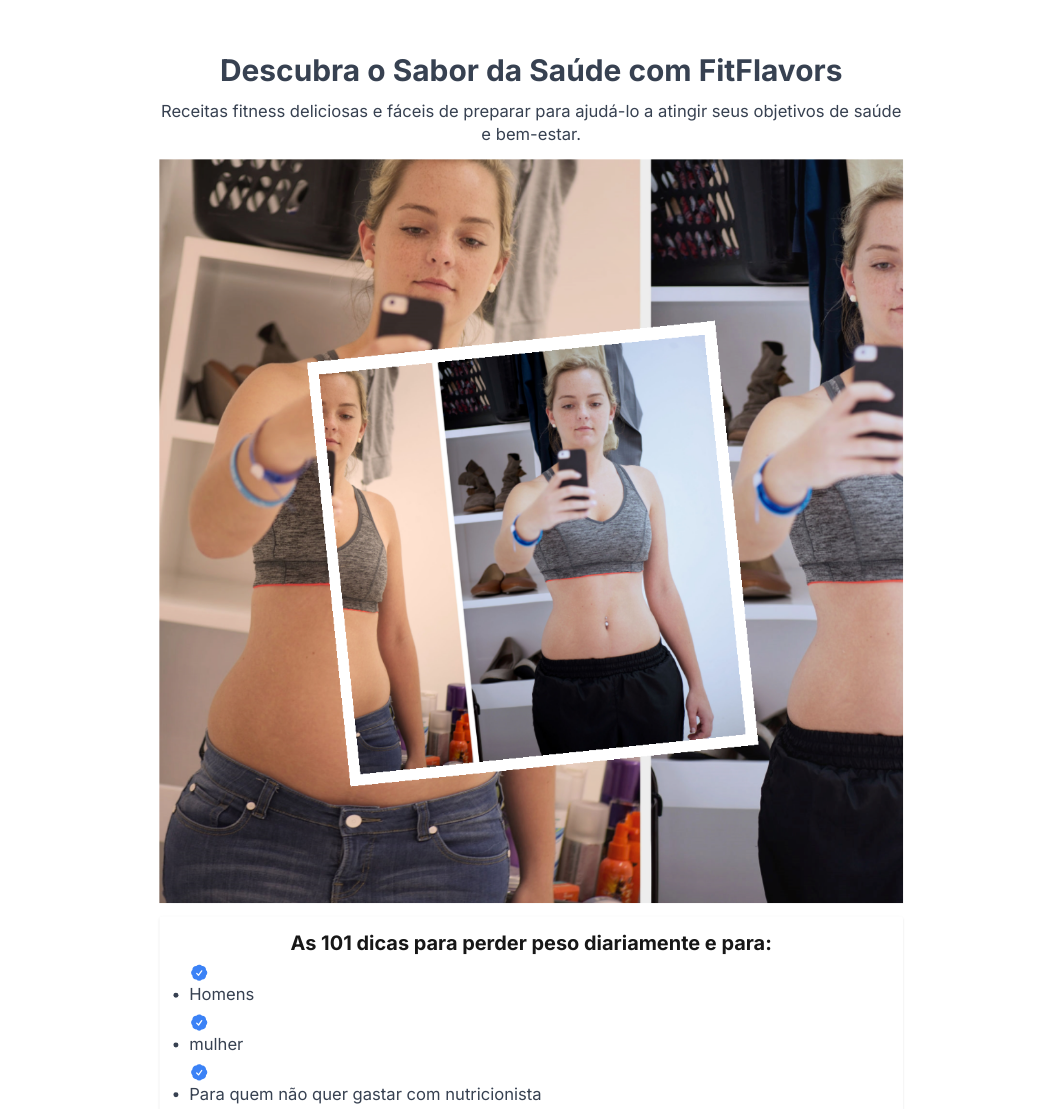
Repository: apreczewski/produtosdigitais
Page: /
An editor plug-in stored every save of this project. The page is shown before and after the next save, followed by the edit.
The browser window is 1280 px wide. The pictures show the part of the page from y = 0 to 1336 px (the page is 3716 px tall before and 3620 px after), at 83% of full size.
Pictures or frames that could not be fetched are drawn as grey boxes. The project was rebuilt for these pictures with package versions that can differ from the ones it lists, and the page was loaded fresh each time. The framework's server and built-in components were replaced by stand-ins that run in the browser. Also part of the build but not shown: next.config.js, webpack.config.js.

Above is the page before, as saved 2023-07-27 18:28:26.

### src/app/layout.tsx
import './globals.css'

import { Inter } from 'next/font/google'

const inter = Inter({ subsets: ['latin'] })

export const metadata = {
  title: 'Create Next App',
  description: 'Generated by create next app',
}

export default function RootLayout({
  children,
}: {
  children: React.ReactNode
}) {
  return (
    <html lang="en">
      <body className={inter.className}>
        {children}
      </body>
    </html>
  )
}

### src/app/page.tsx
import { ReceitasFitness } from "@/app/receitasfitness";

export default function Home() {
  return <ReceitasFitness />
}

### src/app/globals.css
@tailwind base;
@tailwind components;
@tailwind utilities;

:root {
  --foreground-rgb: 0, 0, 0;
  --background-start-rgb: #9DCAB4
  --background-end-rgb: #9DCAB4
}

@media (prefers-color-scheme: dark) {
  :root {
    --foreground-rgb: 255, 255, 255;
    --background-start-rgb: #9DCAB4
    --background-end-rgb: #9DCAB4
  }
}

body {
  color: rgb(var(--foreground-rgb));
  background: linear-gradient(
      to bottom,
      transparent,
      rgb(var(--background-end-rgb))
    )
    rgb(var(--background-start-rgb));
}

main {
  margin: 0 12rem;
}

 /* Estilizando a barra de rolagem */
 ::-webkit-scrollbar {
  width: 5px;
}

/* Estilizando o "thumb" ou a parte móvel da barra de rolagem */
::-webkit-scrollbar-thumb {
  background: #888;
  border-radius: 2px;
}

/* Adicionando hover ao "thumb" */
::-webkit-scrollbar-thumb:hover {
  background: #555;
}

### src/app/receitasfitness/index.tsx
import Head from 'next/head'
import { Header } from '@components/Header'
import { Footer } from '@components/Footer'
import { Section01 } from '@/app/receitasfitness/Section01'
import { Section02 } from '@/app/receitasfitness/Section02'
import { Section03 } from '@/app/receitasfitness/Section03'
import { Section04 } from '@/app/receitasfitness/Section04'
import { Section05 } from '@/app/receitasfitness/Section05'
import { Section06 } from '@/app/receitasfitness/Section06'
import { Section07 } from '@/app/receitasfitness/Section07'
import { Section08 } from '@/app/receitasfitness/Section08'
import { Section09 } from '@/app/receitasfitness/Section09'


export const ReceitasFitness = () => {
  return (
    <div className="flex flex-col items-center justify-center min-h-screen">
      {/* <Header /> */}
      <main className="grid gap-4 flex-col items-center justify-center flex-1 text-center mt-16">
        <Section01 />
        <Section02 />
        <Section03 />
        <Section04 />
        <Section05 />
        <Section06 />
        <Section07 />
        <Section08 />
        <Section09 />
      </main>
      <Footer />
    </div>
  )
}

### src/app/components/Footer/index.tsx
import React from "react";

export const Footer = () => {
  return (
    <div className="bg-gray-800 text-white py-8 w-full">
      <div className="container mx-auto px-4 text-center">
        <h2 className="text-2xl mb-4">Entre em contato</h2>
        <p className="mb-4">Email: info@seusite.com</p>
        <div className="flex justify-center space-x-4">
          <a
            href="/privacy-policy"
            className="text-blue-300 hover:text-blue-100"
          >
            Política de Privacidade
          </a>
          <a
            href="/terms-of-service"
            className="text-blue-300 hover:text-blue-100"
          >
            Termos de Serviço
          </a>
        </div>
      </div>
    </div>
  );
};

### src/app/receitasfitness/Section01/index.tsx
export const Section01 = () => {
  return (
    <div className="text-center rounded">
      <h1 className="text-4xl font-bold mb-4  text-gray-700">
        Descubra o Sabor da Saúde com FitFlavors
      </h1>
      <p className="text-xl text-gray-700">
        Receitas fitness deliciosas e fáceis de preparar para ajudá-lo a atingir
        seus objetivos de saúde e bem-estar.
      </p>
    </div>
  );
};

### src/app/receitasfitness/Section02/index.tsx
import Image from 'next/image';
import banner from '@assets/images/section02.png'

export const Section02 = () => {
  return (
    <div className="flex justify-center items-center w-full">
      <div className="w-full">
        <Image
          className="w-screen"
          src={banner}
          alt="Transformação surpreendente com FitFlavors! Veja o progresso real alcançado com nossas receitas fitness." // Substitua isso por uma descrição da imagem
          layout="responsive"
          width={500}
          height={300}
        />
      </div>
    </div>
  );
}

### src/app/receitasfitness/Section03/index.tsx
import React from "react";
import { CheckBadgeIcon } from "@heroicons/react/24/solid";



export const Section03 = () => {
  const features = [
    {
      icon: CheckBadgeIcon,
      text: "Homens",
    },
    {
      icon: CheckBadgeIcon,
      text: "mulher",
    },
    {
      icon: CheckBadgeIcon,
      text: "Para quem não quer gastar com nutricionista",
    },
    {
      icon: CheckBadgeIcon,
      text: "Para quem não pode continuar com o personal training",
    },

    ,
    ,

  ]

  return (
    <div className="p-4 bg-white shadow rounded w-full">
      <h2 className="text-2xl text-neutral-900 font-bold mb-2">
        As 101 dicas para perder peso diariamente e para:
      </h2>
      <ul className="list-disc pl-5 justify-start ">
        {features.map((item, index) => (
          <li key={index} className="mb-2 text-gray-700 text-xl text-left">
            <CheckBadgeIcon className="h-6 w-6 text-blue-500" /> {item?.text}
          </li>
        ))}
      </ul>
    </div>
  );
};

### src/app/receitasfitness/Section04/index.tsx
"use client";

import React, { useEffect, useState } from "react";
import Image from "next/image";
import { Dot, Dots } from "./styles";
// import ImageTest from './image.svg';

export const Section04 = () => {
  const images = [
    "https://images.pexels.com/photos/414612/pexels-photo-414612.jpeg",
    "https://images.pexels.com/photos/459225/pexels-photo-459225.jpeg",
    "https://images.pexels.com/photos/459225/pexels-photo-459225.jpeg",
    "https://images.pexels.com/photos/459225/pexels-photo-459225.jpeg",
  ];

  const [currentImageIndex, setCurrentImageIndex] = useState(0);

  const prev = () => {
    setCurrentImageIndex(
      (currentImageIndex - 1 + images.length) % images.length
    );
  };
  const next = () => {
    setCurrentImageIndex((currentImageIndex + 1) % images.length);
  };

  useEffect(() => {
    const interval = setInterval(() => {
      setCurrentImageIndex((currentImageIndex + 1) % images.length);
    }, 2000);

    return () => clearInterval(interval);
  }, [currentImageIndex, images.length]);

  return (
    <div className="relative w-full h-[500px] rounded overflow-hidden">
      <Image
        className="object-cover"
        src={images[currentImageIndex]}
        layout="fill"
        objectFit="cover"
        alt=""
      />
      <Dots>
        {images.map((index) => {
          return <Dot key={index}/>
        })}
      </Dots>
      {/* <ImageTest /> */}
    </div>
  );
};

### src/app/receitasfitness/Section05/index.tsx
import React from "react";

export const Section05 = () => {
  return (
    <div className="bg-blue-500 text-white p-8 rounded-lg shadow-lg">
      <h2 className="text-3xl font-bold mb-6">
        Como funciona o Pacote Premium Artes Gospel?
      </h2>
      <ol className="list-decimal list-inside space-y-4 text-lg">
        <li>
          <strong className="text-white">1º Passo:</strong> Escolha o modelo de
          arte que mais lhe interessar (São mais de 450 modelos com os mais
          diversos temas)
        </li>
        <li>
          <strong className="text-white">2º Passo:</strong> Altere a arte com as
          informações que você deseja com poucos cliques (Utilize as aulas para
          aprender como alterar)
        </li>
        <li>
          <strong className="text-white">3º Passo:</strong> Finalize sua arte e
          comece a divulgação para sua igreja ou ministério em poucos minutos e
          sem precisar investir alto para isso
        </li>
      </ol>
    </div>
  );
};

### src/app/receitasfitness/Section06/index.tsx
import React from "react";

export const Section06 = () => {
  return (
    <div className="bg-blue-500 text-white p-8 rounded-lg shadow-lg">
      <h2 className="text-3xl font-bold mb-6">
        Além de tudo isso, ao se inscrever HOJE, você receberá 2 BÔNUS
        EXCLUSIVOS
      </h2>
      <h3 className="text-2xl mb-4">Bônus 1</h3>
      <p className="mb-4">
        Transforme seu corpo em uma máquina de queimar gordura
      </p>
      <p className="mb-4">
        Conselhos dos melhores exercícios e queimadores de gordura.
      </p>
      <h3 className="text-2xl mb-4">SUPER BÔNUS:</h3>
      <p className="mb-4">Bônus SURPRESA</p>
      <p className="mb-4">Ao adquirir HOJE, você garante um bônus surpresa!</p>
      <p className="text-2xl mb-4">De R$ 20.90</p>
      <p className="text-2xl mb-4">Por R$ 10.90</p>
      <button className="bg-white text-blue-500 px-8 py-3 rounded-full font-semibold transition duration-200 ease-in-out transform hover:scale-105">
        QUERO APROVEITAR ESTA OFERTA
      </button>
      <p className="mt-4">
        ATENÇÃO: As vagas com este valor são LIMITADAS e assim que se
        encerrarem, 101 Dicas para Perder Peso voltará ao seu preço normal de R$
        20.90
      </p>
    </div>
  );
};

### src/app/receitasfitness/Section07/index.tsx
import React from "react";
import Image from "next/image";

export const Section07 = () => {
  return (
    <div className="flex items-center bg-yellow-500 text-white p-8 rounded-lg shadow-lg">
      <div className="w-1/3">
        <Image
          src="https://via.placeholder.com/150"
          alt="Garantia"
          width={150}
          height={150}
        />
      </div>
      <div className="w-2/3 pl-8">
        <h2 className="text-3xl font-bold mb-4">GARANTIA DE 7 DIAS!</h2>
        <p className="text-lg">
          Temos absoluta certeza de que o 101 DICAS PARA PERDER PESO DIARIAMENTE
          será muito efetivo para o seu processo de EMAGRECIMENTO, mas se em até
          7 dias após a compra você não estiver satisfeito com o produto por
          qualquer motivo, devolvemos todo o seu dinheiro!
        </p>
      </div>
    </div>
  );
};

### src/app/receitasfitness/Section08/index.tsx
"use client"

import React, { useState } from "react";

export const Section08 = () => {
  const [activeIndex, setActiveIndex] = useState(-1);

  const questions = [
    {
      question: 'Como recebo acesso ao curso?',
      answer: 'Assim que você efetuar o pagamento, receberá um nome de usuário e senha em seu e-mail para acessar a plataforma. Aproveite seu processo de aprendizado e aproveite ao máximo.',
    },
    {
      question: 'O pagamento é seguro?',
      answer: 'O pagamento é feito 100% de forma segura através da Hotmart, a maior e mais segura plataforma de venda de produtos digitais para falantes de espanhol. Eu só pago se você fizer diretamente a eles.',
    },
    {
      question: 'Posso usar meu celular para fazer login?',
      answer: 'Sim! Você pode acessar quantas vezes quiser simplesmente usando seu celular, sem a necessidade de um computador.',
    },
    {
      question: 'E se eu não gostar do curso?',
      answer: 'Você tem uma garantia incondicional de 7 dias! Se, após a compra do curso, dentro de 7 dias você descobrir que não é para você, basta nos enviar um e-mail e nós reembolsaremos todo o seu investimento.',
    },
  ];

  return (
    <div className="bg-blue-500 text-white p-8 rounded-lg shadow-lg text-left">
      <h2 className="text-3xl font-bold mb-6">PERGUNTAS FREQUENTES:</h2>
      {questions.map((item, index) => (
        <div key={index} className="mb-4">
          <button
            onClick={() => setActiveIndex(activeIndex === index ? -1 : index)}
            className="text-xl font-semibold"
          >
            {item.question}
          </button>
          {activeIndex === index && <p className="mt-2">{item.answer}</p>}
        </div>
      ))}
    </div>
  );
};

### src/app/receitasfitness/Section09/index.tsx
import React from "react";

export const Section09 = () => {

  return (
    <h1>Section09</h1>
  );
};

### src/app/receitasfitness/Section04/styles.ts
import styled from 'styled-components';

export const Dots = styled.div`
  position: absolute;
  display: flex;
  width: 100%;
  align-items: center;
  justify-content: center;
  bottom: 3rem;
  z-index: 5;
`;

export const Dot = styled.span`
  width: 1rem;
  height: 1rem;
  border-radius: 50%;
  background-color: #999;

  & + span {
    margin-left: 0.25rem;
  }


`;

Loaded but not shown: tailwind.config.js (common file)

After the next save:
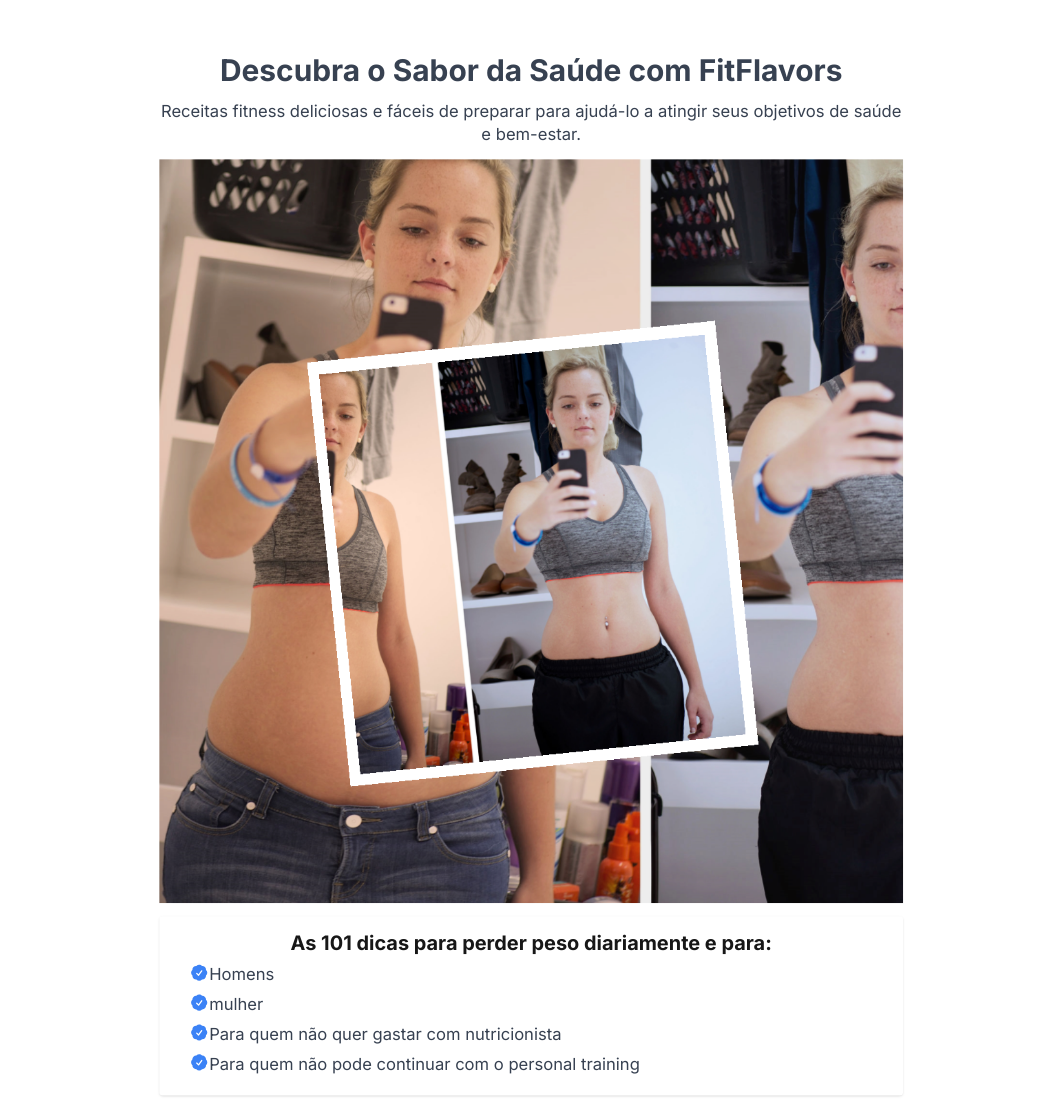
Saved 23 s later.
--- a/src/app/receitasfitness/Section03/index.tsx
+++ b/src/app/receitasfitness/Section03/index.tsx
@@ -34,7 +34,7 @@
       </h2>
       <ul className="list-disc pl-5 justify-start ">
         {features.map((item, index) => (
-          <li key={index} className="mb-2 text-gray-700 text-xl text-left">
+          <li key={index} className="mb-2 flex text-gray-700 text-xl text-left">
             <CheckBadgeIcon className="h-6 w-6 text-blue-500" /> {item?.text}
           </li>
         ))}
